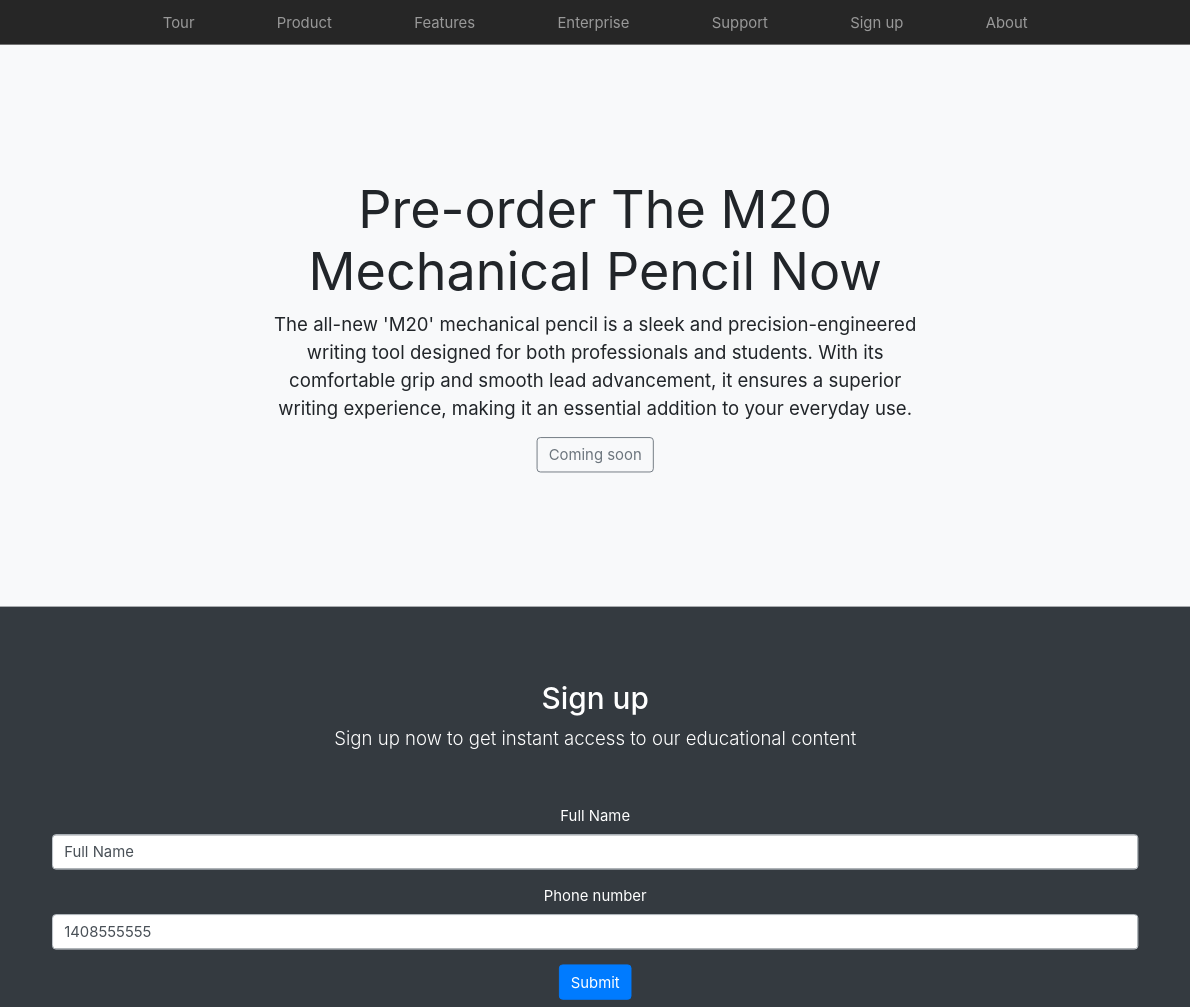
Repository: mshak008/Muhammad-Shakeel-Resume
Page: LearnCS8-Twilio/TwilioTemplate/index.html
The author's editor kept a record of every edit. The page is drawn from the files as they stood at one moment, then again after the next edit.
The browser window is 1280 px wide. The pictures show the whole page, at 93% of full size.

Above is the page before.

### LearnCS8-Twilio/TwilioTemplate/index.html
<!doctype html>
<html lang="en">
  <head>
    <!-- 862433975 -->
    <meta charset="utf-8">
    <meta name="viewport" content="width=device-width, initial-scale=1, shrink-to-fit=no">
    <meta name="description" content="Please include a description here">
    <meta name="author" content="YourStudentID">

    <!-- Bootstrap CSS -->
    <link rel="stylesheet" href="https://stackpath.bootstrapcdn.com/bootstrap/4.5.2/css/bootstrap.min.css" integrity="sha384-JcKb8q3iqJ61gNV9KGb8thSsNjpSL0n8PARn9HuZOnIxN0hoP+VmmDGMN5t9UJ0Z" crossorigin="anonymous">

    <!-- Title of your Website -->
    <title>M20 Mechanical Pencil</title>
    <link href="product.css" rel="stylesheet">
  </head>
  <body>
    <nav class="site-header sticky-top py-1">
    <!-- Top Menu Bar -->
    <div class="container d-flex flex-column flex-md-row justify-content-between">
        <a class="py-2 d-none d-md-inline-block" id="menu-item-1" href="#">Tour</a>
        <a class="py-2 d-none d-md-inline-block" id="menu-item-2" href="#">Product</a>
        <a class="py-2 d-none d-md-inline-block" id="menu-item-3" href="#">Features</a>
        <a class="py-2 d-none d-md-inline-block" id="menu-item-4" href="#">Enterprise</a>
        <a class="py-2 d-none d-md-inline-block" id="menu-item-5" href="#">Support</a>
        <a class="py-2 d-none d-md-inline-block" id="menu-item-6" href="#">Sign up</a>
        <a class="py-2 d-none d-md-inline-block" id="menu-item-7" href="#">About</a>
    </div>
</nav>
<!-- Main Header Section h1-->
<div class="position-relative overflow-hidden p-3 p-md-5 m-md-0 text-center bg-light">
    <div class="col-md-8 p-lg-5 mx-auto my-5">
        <h1 class="display-4 font-weight-normal">Pre-order The M20 Mechanical Pencil Now</h1>
        <p class="lead font-weight-normal">The all-new 'M20' mechanical pencil is a sleek and precision-engineered writing tool designed for both professionals and students. With its comfortable grip and smooth lead advancement, it ensures a superior writing experience, making it an essential addition to your everyday use.</p>
        <a class="btn btn-outline-secondary" href="#">Coming soon</a>
    </div>
</div>
<!-- Left Tile -->
<div class="d-md-flex flex-md-equal w-100">
    <div class="bg-dark pt-3 px-3 pt-md-5 px-md-5 text-center text-white overflow-hidden">
        <div class="my-3 py-3">
            <h2 class="display-5">Sign up</h2>
            <p class="lead">Sign up now to get instant access to our educational content</p>
        </div>
        <!-- Web form when submitted will send a text message -->
        <form class="p-2" onsubmit="sendTextMessage(); return false;">
            <!-- Full Name Form Field -->
            <div class="form-group">
                <label for="example-first-name">Full Name</label>
                <input type="text" value="Full Name" class="form-control" id="example-first-name" aria-describedby="emailHelp">
            </div>
            <!-- Phone Number Form Field -->
            <div class="form-group">
                <label for="example-tel-input">Phone number</label>
                <input type="tel" class="form-control" value="1408555555" id="example-tel-input">
            </div>
            <!-- JavaScript that handles onSubmit logic -->
            <!-- Configure the XHR request below with your own credentials -->
            <script>
            function sendTextMessage() {
                console.log("Hello world!");
                var xhr = new XMLHttpRequest();
                var accountSID = "XXXXXXXXXXXXXXXX";
                var authToken = "XXXXXXXXXXXXXXXX";
                var base64encoded = accountSID + ":" + authToken;
                var params = "To=" + document.getElementById('example-tel-input').value + "&From=" + "XXXXXXXXXX" + "&Body=" + "Hello " + document.getElementById('example-first-name').value + " nice job on sending your first SMS with APIs."
                xhr.open("POST", "https://api.twilio.com/2010-04-01/Accounts/" + accountSID + "/Messages.json", true);
                xhr.setRequestHeader('Content-Type', 'application/x-www-form-urlencoded');
                xhr.setRequestHeader('Authorization', 'Basic ' + btoa(base64encoded));
                xhr.send(params);
            }
            </script>
            <!-- Submit button that will execute the sendTextMessage function -->
            <button type="submit" class="btn btn-primary">Submit</button>
        </form>
    </div>
  </body>
</html>

### LearnCS8-Twilio/TwilioTemplate/product.css
.container {
  max-width: 960px;
}

/*
 * Custom translucent site header
 */

.site-header {
  background-color: rgba(0, 0, 0, .85);
  -webkit-backdrop-filter: saturate(180%) blur(20px);
  backdrop-filter: saturate(180%) blur(20px);
}
.site-header a {
  color: #999;
  transition: ease-in-out color .15s;
}
.site-header a:hover {
  color: #fff;
  text-decoration: none;
}

/*
 * Dummy devices (replace them with your own or something else entirely!)
 */

.product-device {
  position: absolute;
  right: 10%;
  bottom: -30%;
  width: 300px;
  height: 540px;
  background-color: #333;
  border-radius: 21px;
  -webkit-transform: rotate(30deg);
  transform: rotate(30deg);
}

.product-device::before {
  position: absolute;
  top: 10%;
  right: 10px;
  bottom: 10%;
  left: 10px;
  content: "";
  background-color: rgba(255, 255, 255, .1);
  border-radius: 5px;
}

.product-device-2 {
  top: -25%;
  right: auto;
  bottom: 0;
  left: 5%;
  background-color: #e5e5e5;
}


/*
 * Extra utilities
 */

.flex-equal > * {
  -ms-flex: 1;
  flex: 1;
}
@media (min-width: 768px) {
  .flex-md-equal > * {
    -ms-flex: 1;
    flex: 1;
  }
}

.overflow-hidden { overflow: hidden; }

After the next edit:
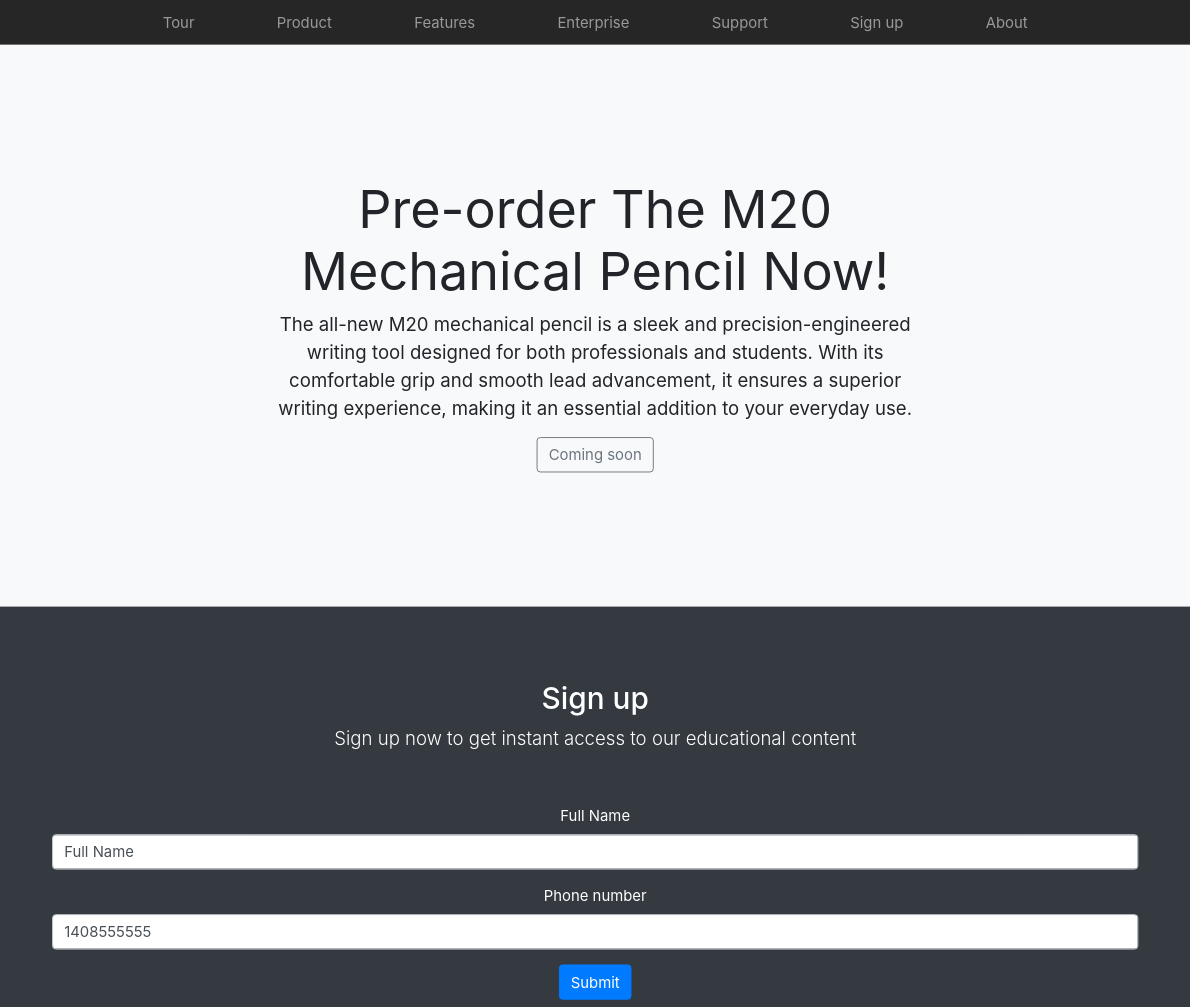
The edit:
--- a/LearnCS8-Twilio/TwilioTemplate/index.html
+++ b/LearnCS8-Twilio/TwilioTemplate/index.html
@@ -30,8 +30,8 @@
 <!-- Main Header Section h1-->
 <div class="position-relative overflow-hidden p-3 p-md-5 m-md-0 text-center bg-light">
     <div class="col-md-8 p-lg-5 mx-auto my-5">
-        <h1 class="display-4 font-weight-normal">Pre-order The M20 Mechanical Pencil Now</h1>
-        <p class="lead font-weight-normal">The all-new 'M20' mechanical pencil is a sleek and precision-engineered writing tool designed for both professionals and students. With its comfortable grip and smooth lead advancement, it ensures a superior writing experience, making it an essential addition to your everyday use.</p>
+        <h1 class="display-4 font-weight-normal">Pre-order The M20 Mechanical Pencil Now!</h1>
+        <p class="lead font-weight-normal">The all-new M20 mechanical pencil is a sleek and precision-engineered writing tool designed for both professionals and students. With its comfortable grip and smooth lead advancement, it ensures a superior writing experience, making it an essential addition to your everyday use.</p>
         <a class="btn btn-outline-secondary" href="#">Coming soon</a>
     </div>
 </div>
